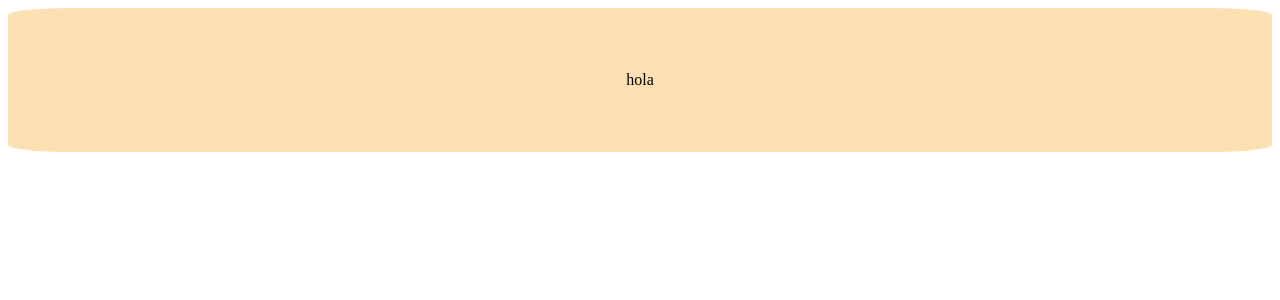
Repository: gabrielardevol/portfolio-react
Page: javascript_domestika/exercici_memory/html.html
An editor plug-in stored every save of this project. The page is shown before and after the next save, followed by the edit.
The browser window is 1280 px wide. The pictures show the whole page.

Above is the page before, as saved 2022-12-20 22:33:16.
Console error: TypeError: Cannot set properties of null (setting 'textContent')

### javascript_domestika/exercici_memory/html.html
<head>
  <meta charset="UTF-8">
  <style>
    .carta {
      border-radius: 5%;
      box-shadow: 1cm;
      padding: 5%;
      background-color: rgb(252, 223, 179);
      text-align: center;
    }
      </style>
</head>
<body>
  <div class = "carta"> hola </div>
  <script src = "js.js"></script>
</body>

### javascript_domestika/exercici_memory/js.js
arrayDeTargetas1 = ["🐷","🥵","🔥","🍆","💦","😛","👀","💋"]
text = document.querySelector("#text")
console.log(arrayDeTargetas1)
text.textContent = "adéu"

After the next save:
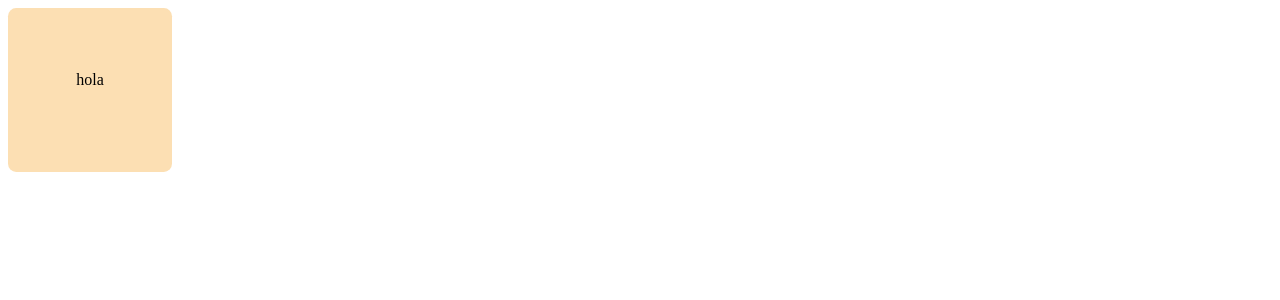
Saved 24 s later.
--- a/javascript_domestika/exercici_memory/html.html
+++ b/javascript_domestika/exercici_memory/html.html
@@ -7,6 +7,8 @@
       padding: 5%;
       background-color: rgb(252, 223, 179);
       text-align: center;
+      width: 1cm;
+      height: 1cm;
     }
       </style>
 </head>
